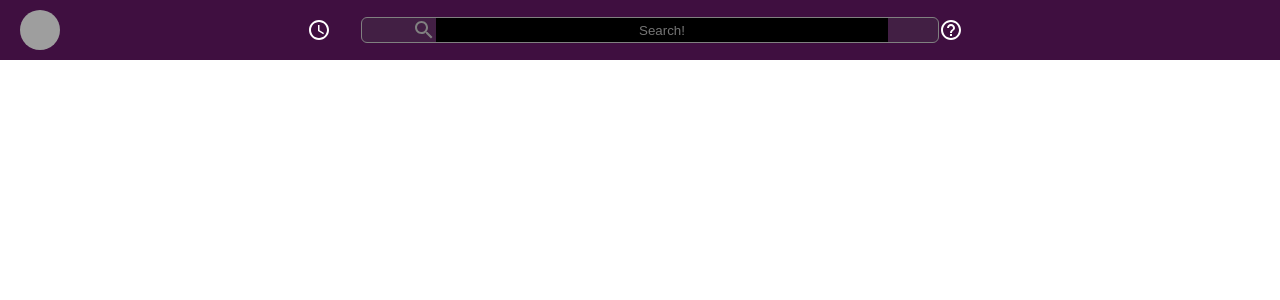
Repository: mminhaz93/React-Slack-Clone
Page: /
These files come from the project's save history. The page is drawn as it stood at one moment and after the next save; the edit follows.
The browser window is 1280 px wide. The pictures show the whole page.
Pictures or frames that could not be fetched are drawn as grey boxes. The project was rebuilt for these pictures with package versions that can differ from the ones it lists, and the page was loaded fresh each time.

Above is the page before, as saved 2020-08-13 20:48:13.

### src/index.css
* {
  margin: 0;
}

body {
  margin: 0;
  font-family: -apple-system, BlinkMacSystemFont, 'Segoe UI', 'Roboto', 'Oxygen',
    'Ubuntu', 'Cantarell', 'Fira Sans', 'Droid Sans', 'Helvetica Neue',
    sans-serif;
  -webkit-font-smoothing: antialiased;
  -moz-osx-font-smoothing: grayscale;
}

code {
  font-family: source-code-pro, Menlo, Monaco, Consolas, 'Courier New',
    monospace;
}

### src/App.js
import React from 'react';
import './App.css';
import Header from "./Header"

function App() {
  return (
    <div className="App">
      <Header />
    </div>
  );
}

export default App;

### src/Header.js
import React from "react";
import "./Header.css";
import { Avatar } from "@material-ui/core";
import { AccessTime, Search, HelpOutline } from "@material-ui/icons";

const Header = () => {
  return (
    <div className="header">
      <div className="headerLeft">
        <Avatar className="headerAvatar" alt="Safak" src="safak" />
        <AccessTime />
      </div>
      <div className="headerSearch">
        <Search />
        <input placeholder="Search!" />
      </div>
      <div className="headerRight">
        <HelpOutline />
      </div>
    </div>
  );
};

export default Header;

### src/Header.css
.header {
  display: flex;
  align-items: center;
  justify-content: space-between;
  padding: 10px 0;
  background-color: var(--slack-color);
  color: white;
}

.headerLeft {
  flex: 0.3;
  display: flex;
  align-items: center;
  margin-left: 20px;
}

.headerLeft > .MuiSvgIcon-root {
  margin-left: auto;
  margin-right: 30px;
}

.headerSearch {
  flex: 0.4;
  background-color: #421f44;
  text-align: center;
  display: flex;
  padding: 0 50px;
  color: gray;
  border: 1px solid gray;
  border-radius: 6px;
}

.headerSearch > input {
  background-color: black;
  border: none;
  text-align: center;
  min-width: 35vw;
}

.headerRight {
  flex: 0.3;
  display: flex;
  align-items: flex-end;
}

Loaded but not shown: public/index.html (common file); src/index.js (common file); src/serviceWorker.js (common file); src/App.css (common file)

After the next save:
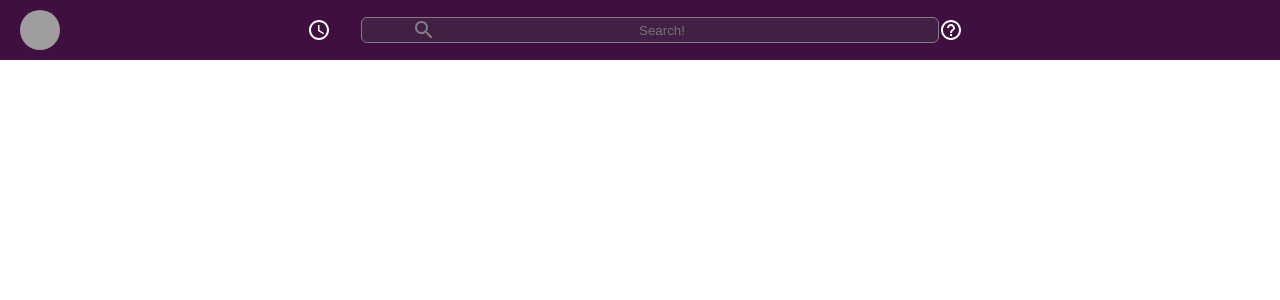
Saved 13 s later.
--- a/src/Header.css
+++ b/src/Header.css
@@ -31,7 +31,7 @@
 }
 
 .headerSearch > input {
-  background-color: black;
+  background-color: transparent;
   border: none;
   text-align: center;
   min-width: 35vw;
